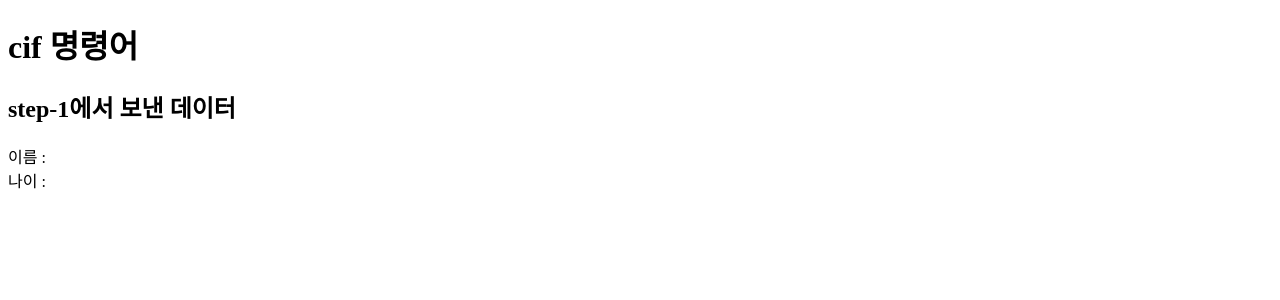
Repository: havanara/240411_JSTL_Project
Page: http://localhost/jstl_study/step-2.jsp
These files come from the project's save history. The page is drawn as it stood at one moment and after the next save; the edit follows.
The browser window is 1280 px wide. The pictures show the whole page.
The page is served by Tomcat 9.

Above is the page before, as saved 2024-04-11 02:53:58.

After the next save:
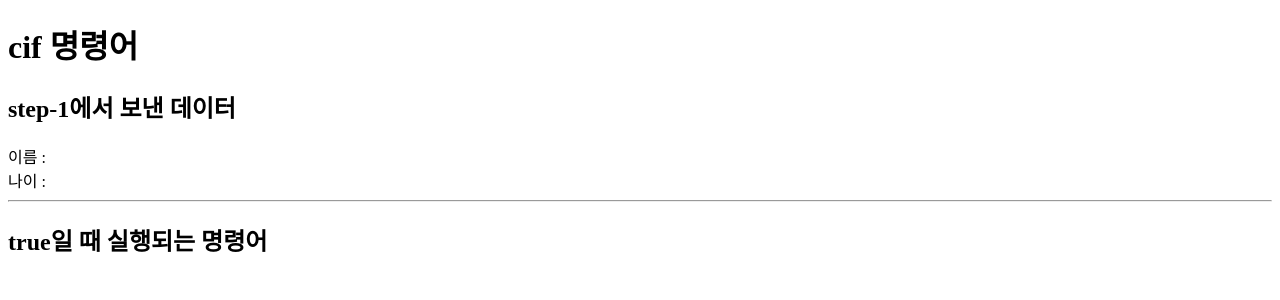
Saved 88 s later.
--- a/jstl_study/src/main/webapp/step-2.jsp
+++ b/jstl_study/src/main/webapp/step-2.jsp
@@ -14,5 +14,13 @@
 	<h2>step-1에서 보낸 데이터</h2>
 	이름 : ${param.name } <br>
 	나이 : ${param.age } <br>
+
+	<hr>
+
+	<!-- test는 조건문 -->
+	<c:if test="true"></c:if>
+	<h2>true일 때 실행되는 명령어</h2>
+
+
 </body>
 </html>
